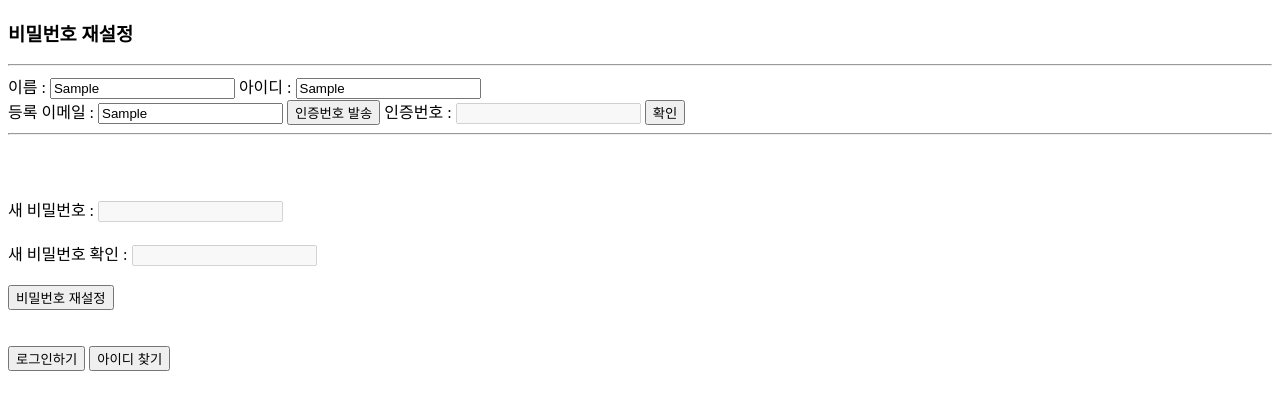
Repository: ssookkii/BusyBee
Page: http://localhost/BusyBee/WEB-INF/views/noTiles/newPassword.jsp
These files come from the project's save history. The page is drawn as it stood at one moment and after the next save; the edit follows.
The browser window is 1280 px wide. The pictures show the whole page.
Empty fields were first filled with sample values (such as "Sample", 5 or name@example.com).
After loading, the first visible `button[onclick="changePwd()"]` was clicked once.
The page is served by Tomcat 9. Nobody is signed in. Other server files are loaded and not shown. The template is opened directly, without the code that normally fills it, so the values that code supplies are empty.

Above is the page before, as saved 2023-03-18 09:58:04.

### BusyBee/src/main/webapp/WEB-INF/views/noTiles/newPassword.jsp
<%@ page language="java" contentType="text/html; charset=UTF-8"
    pageEncoding="UTF-8"%>
<!DOCTYPE html>
<html>
<head>
<meta charset="UTF-8">
<title>Insert title here</title>
<!-- AJAX -->
<script src="https://ajax.googleapis.com/ajax/libs/jquery/3.6.3/jquery.min.js"></script>

<!-- 비밀번호 암호화(SHA256) -->
<script	src="https://cdnjs.cloudflare.com/ajax/libs/js-sha256/0.9.0/sha256.min.js"></script>
</head>
<body>
<h3>비밀번호 재설정</h3>
<hr>
이름 : <input type="text" id="name">
아이디 : <input type="text" id="id">
<br>
등록 이메일 : <input type="text" id="email">
<button type="button" onclick="isExist()">인증번호 발송</button>
인증번호 : <input type='text' id='certNum' disabled="disabled"> <button type='button' onclick='checkCert()' >확인</button>
<hr>

<br><br><br>
새 비밀번호 : <input type='password' id='pwd1' disabled="disabled">
<h3 id='pwdCheck1'></h3>
새 비밀번호 확인 : <input type='password' id='pwd2' disabled="disabled">
<h3 id='pwdCheck2'></h3>
<button type="button" onclick="changePwd()">비밀번호 재설정</button>

<br><br>
<br>
<button type="button" onclick="location.href='loginMain.do'">로그인하기</button>
<button type="button" onclick="location.href='findId.do'">아이디 찾기</button>

<input type="hidden" id="email_OK">
<input type="hidden" id="pwd1_OK">
<input type="hidden" id="pwd2_OK">

<table>
	<tbody id="tBody">
	</tbody>
</table>

<form action="updPwd.do" id="frm">
<input type="hidden" id="password" name="password">
<input type="hidden" id="c_id" name="id">
</form>

<script type="text/javascript">

var email_OK = document.getElementById("email_OK").value;
var pwd1_OK = document.getElementById("pwd1_OK").value;
var pwd2_OK = document.getElementById("pwd2_OK").value;

function isExist(){

	// 이메일 정규식
	var emailValid = /^[0-9a-zA-Z]([-_.]?[0-9a-zA-Z])*@[0-9a-zA-Z]([-_.]?[0-9a-zA-Z])*.[a-zA-Z]{2,3}$/i;
	var userEmail = $("#email").val();
	if(!emailValid.test(userEmail)) {
		alert('유효한 이메일을 입력해주세요.');
		$("#email").val('');
		return;
	}

	$.ajax({
		url : "findforPwd.do",
		type : "post",
		data : {"id" : $("#id").val(), "name" : $("#name").val(), "email" : $("#email").val()},
		success : function(msg) {
			if(msg=="findforPwd_SUCCESS") {
				$("#id").attr('disabled', true);
				$("#name").attr('disabled', true);
				$("#email").attr('disabled', true);
				doCert();
			} else {
				alert('정보를 다시 확인해주세요');
			}
		},
		error : function(msg) {
			alert('error');
		}
	});
}

function doCert() {

	var userEmail = $("#email").val();
	var check3 = true;

	$.ajax({
		url : "select3.do",
		async:false,
		type : 'get',
		data : {"cert_email" : userEmail},
		success : function(msg) {
			if(msg=="cert3_FAIL"){
				alert('일일 최대 인증횟수 3회를 초과했습니다. 다음에 다시 시도해주세요.');
				location.href='loginMain.do';
				check3 = false;
			}
		},
		error : function(){
			alert('error');
		}
	});
	if (!check3) {
		return;
	}
	else {
	$.ajax({
			url : "mailCheck.do",
			type : 'get',
			data : {"email" : userEmail, "purpose" : "find"},
			success : function(data) {
				alert('인증번호가 전송되었습니다. 인증은 일일 3회까지 가능합니다.');
				$("#certNum").attr("disabled", false);
				authkey = data;
			},
			error : function(){
				alert('error');
			}
		});
	}
}

function checkCert(){

	var userEmail = $("#email").val();
	$.ajax({
		type : 'get',
		url : "selectCert.do",
		data : {"cert_email" : userEmail, "authkey" : $("#certNum").val()},
		success : function(msg) {
			if(msg!=null && msg!=""){
				if(msg=="cert_SUCCESS") {
					alert("인증되었습니다. 이어서 비밀번호를 재설정해주세요.");
					$("#certNum").attr('disabled', true);
					$("#pwd1").attr('disabled', false);
					$("#pwd2").attr('disabled', false);
					email_OK=true;
				} else {
					$("certNum").val('');
					alert("잘못된 인증번호입니다. 다시 확인해주세요");
					email_OK=false;
				}
			}
		},
		error : function() {
			alert('error');
		}
	});
}

$("#pwd1").keyup(function(e){

	let key = e.key || e.keyCode;

	if($("#pwd1").val()=="") {
		$("#pwdCheck1").text('');
		$("#pwdCheck2").text('');
		pwd1_OK=false;
		pwd2_OK=false;
		return;
	}

	if(key==" " || key==32) {
		alert('비밀번호에는 공백이 들어갈 수 없습니다.');
		$("#pwd1").val('');
		$("#pwdCheck1").text('');
		pwd1_OK=false;
		return;
	}

	if($("#pwd1").val()==$("#pwd2").val()) {
		$("#pwdCheck2").text('동일합니다.');
		pwd2_OK=true;
	} else{
		$("#pwdCheck2").text('');
		pwd2_OK=false;
	}

	// PWD 유효성 검사
	var pwd1 = $("#pwd1").val();
	var numValid = pwd1.search(/[0-9]/g);
	var engValid = pwd1.search(/[a-z]/ig);
	var speValid = pwd1.search(/[`~!@@#$%^&*|₩₩₩'₩";:₩/?]/gi);

	if (pwd1.length<8 || pwd1.length>20) {
		$("#pwdCheck1").text('비밀번호는 6~20자로 설정해주세요.');
		pwd1_OK=false;
	} else if(numValid < 0 || engValid < 0 || speValid < 0 ){
		$("#pwdCheck1").text('비밀번호에는 숫자, 영문, 특수문자가 모두 포함되어있어야 합니다.');
		pwd1_OK=false;
	} else {
		$("#pwdCheck1").text('사용가능한 비밀번호입니다.');
		pwd1_OK=true;
	}
});


// PWD(2/2)

$("#pwd2").keyup(function(){

	if($("#pwd2").val()=="") {
		$("#pwdCheck2").text('');
		pwd2_OK=false;
		return;
	}

	if($("#pwd1").val()!=$("#pwd2").val()) {
		$("#pwdCheck2").text('동일한 비밀번호를 입력해주세요.');
		pwd2_OK=false;
	} else {
		$("#pwdCheck2").text('동일합니다.');
		pwd2_OK=true;
	}

});

function changePwd() {

	if((!pwd1_OK)) {
		alert('사용 가능한 비밀번호인지 확인해주세요.');
		$("#pwd1").focus();
	} else if((!pwd2_OK)) {
		alert('동일한 비밀번호를 입력했는지 확인해주세요.');
		$("#pwd2").focus();
	} else {
		var userPwd = $("#pwd1").val();
		var saltpw = userPwd.substr(0,2) + userPwd + userPwd.substr(userPwd.length-2, userPwd.length);
		$("#c_id").val($("#id").val());
		$("#password").val(saltpw);
		$("#frm").submit();
	}
}
</script>


</body>
</html>

After the next save:
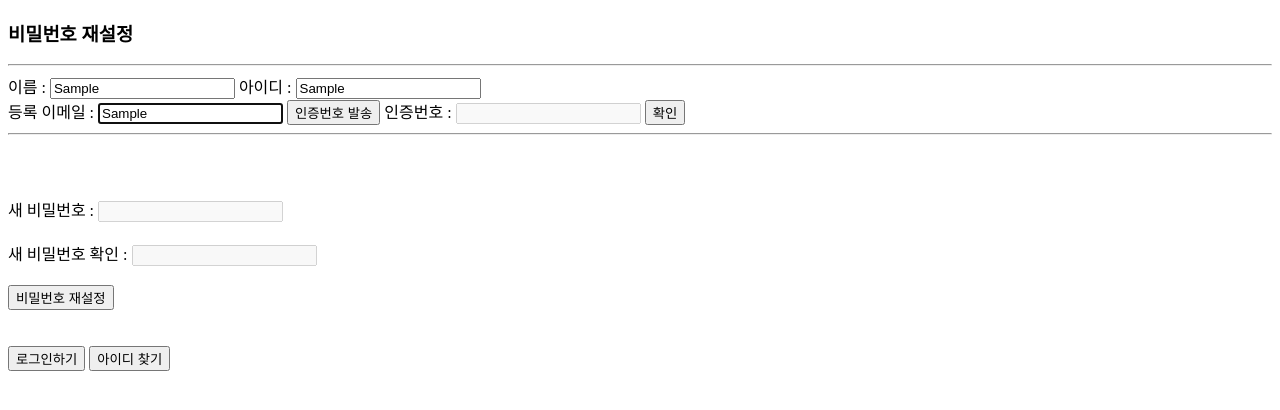
Saved 90 s later.
--- a/BusyBee/src/main/webapp/WEB-INF/views/noTiles/newPassword.jsp
+++ b/BusyBee/src/main/webapp/WEB-INF/views/noTiles/newPassword.jsp
@@ -223,7 +223,10 @@ $("#pwd2").keyup(function(){
 
 function changePwd() {
 
-	if((!pwd1_OK)) {
+	if(!email_OK) {
+		alert('이메일 인증을 사용해주세요.');
+		$("#email").focus();
+	} else if((!pwd1_OK)) {
 		alert('사용 가능한 비밀번호인지 확인해주세요.');
 		$("#pwd1").focus();
 	} else if((!pwd2_OK)) {
